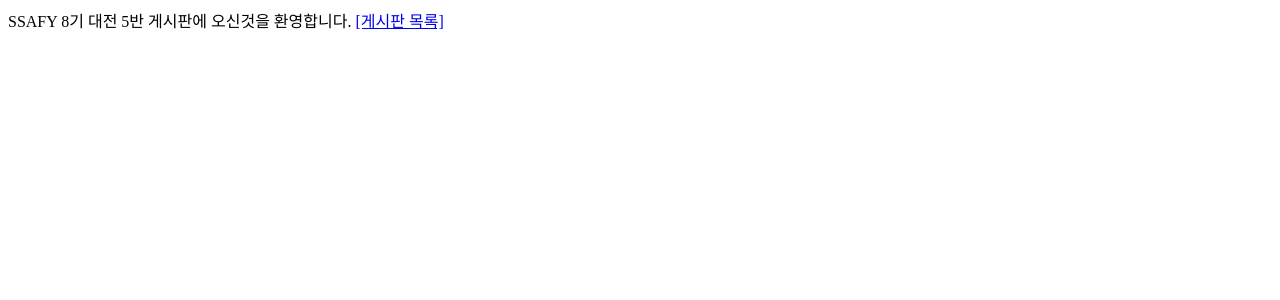
Repository: choi1087/spring_study
Page: http://localhost/day1019_board/
These files come from the project's save history. The page is drawn as it stood at one moment and after the next save; the edit follows.
The browser window is 1280 px wide. The pictures show the whole page.
The page is served by Tomcat 9. Other server files are loaded and not shown.

Above is the page before, as saved 2022-10-19 07:01:00.

### day1019_board/src/main/webapp/WEB-INF/views/index.jsp
<%@ page language="java" contentType="text/html; charset=UTF-8"
	pageEncoding="UTF-8"%>
<!DOCTYPE html>
<html>
<head>
<meta charset="UTF-8">
<title>Insert title here</title>
</head>
<body>
	SSAFY 8기 대전 5반 게시판에 오신것을 환영합니다.
	<a
		href="${pageContext.request.contextPath }/notice/list?pgno=1&key=&word=">[게시판
		목록]</a>
</body>
</html>

After the next save:
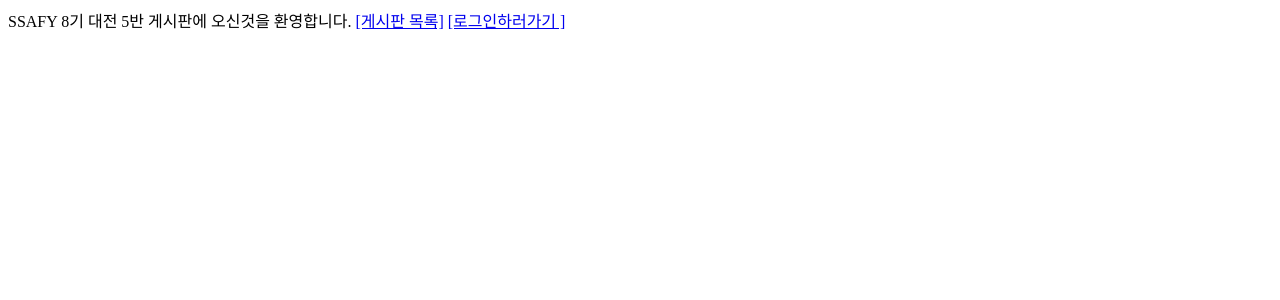
Saved 58 s later.
--- a/day1019_board/src/main/webapp/WEB-INF/views/index.jsp
+++ b/day1019_board/src/main/webapp/WEB-INF/views/index.jsp
@@ -4,12 +4,14 @@
 <html>
 <head>
 <meta charset="UTF-8">
-<title>Insert title here</title>
+<title>index</title>
 </head>
 <body>
 	SSAFY 8기 대전 5반 게시판에 오신것을 환영합니다.
 	<a
 		href="${pageContext.request.contextPath }/notice/list?pgno=1&key=&word=">[게시판
 		목록]</a>
+	<a href="${pageContext.request.contextPath }/member/login">[로그인하러가기
+		]</a>
 </body>
 </html>
